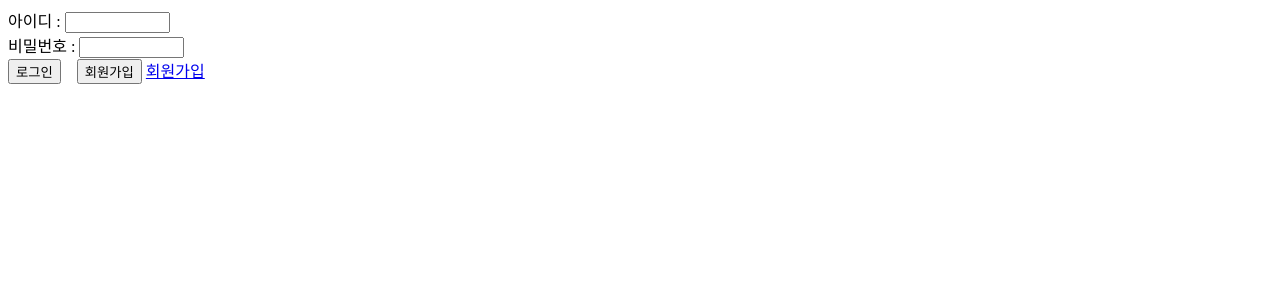
Repository: SeungMok/login_practice
Page: http://localhost/Login_practice/login.jsp
An editor plug-in stored every save of this project. The page is shown before and after the next save, followed by the edit.
The browser window is 1280 px wide. The pictures show the whole page.
The page is served by Tomcat 9.

Above is the page before, as saved 2020-03-19 17:19:21.

After the next save:
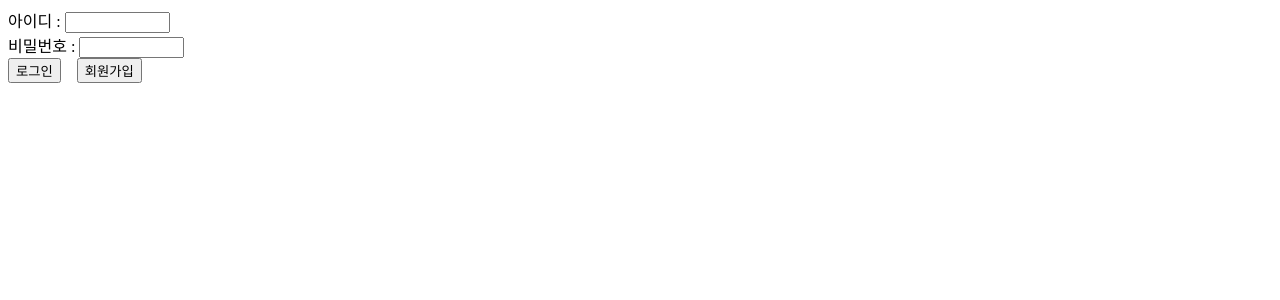
Saved 8 s later.
--- a/Login_practice/WebContent/login.jsp
+++ b/Login_practice/WebContent/login.jsp
@@ -13,7 +13,7 @@
 		<input type="submit" value="로그인"> &nbsp;&nbsp;
 		<iuput type="button" value="회원가입" onclick="javascript:window.location='join.jsp'">
 		<input type="button" value="회원가입">
-		<a href="join.html"> 회원가입</a>
+
 	</form>
 </body>
 </html>
